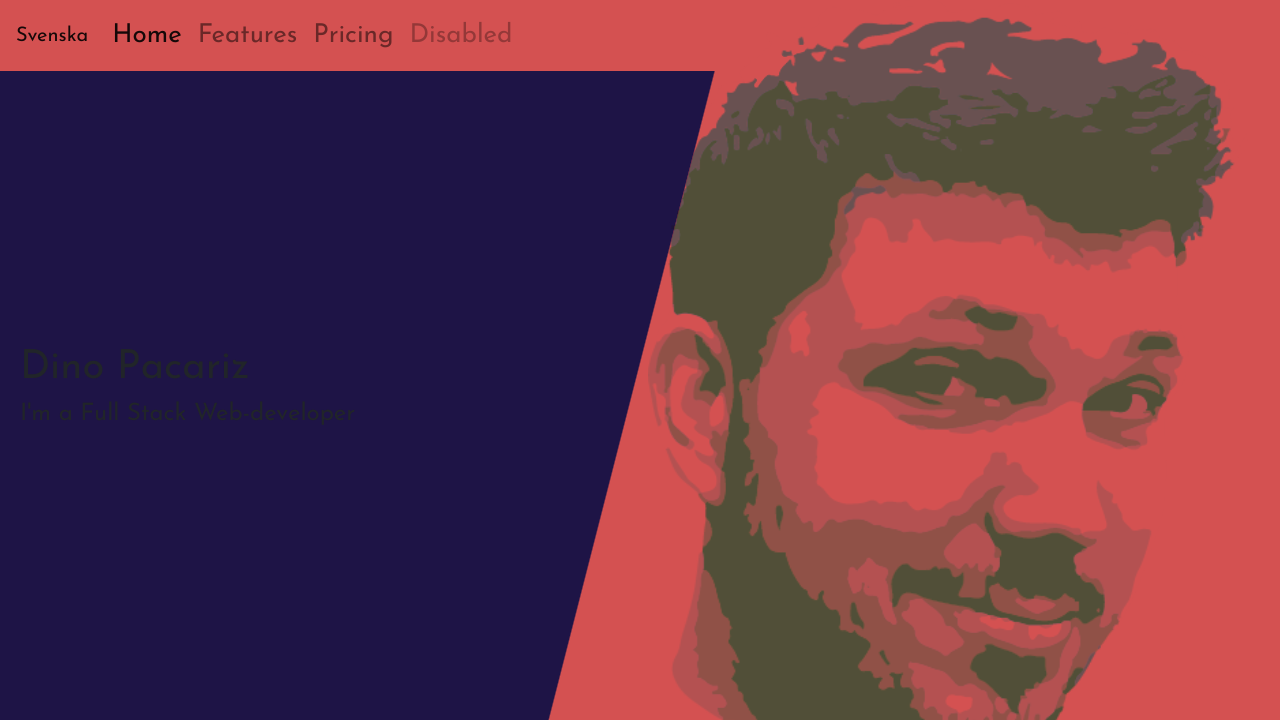
Repository: ImDino/Portfolio
Page: index.html
An editor plug-in stored every save of this project. The page is shown before and after the next save, followed by the edit.
The browser window is 1280 px wide. The pictures show the whole page.
Some web libraries are served in a nearby version. The style sheet was rebuilt from its Sass, Less or Tailwind sources for each picture, by a compiler version that may differ from the author's.

Above is the page before, as saved 2020-11-04 00:11:47.

### index.html
<!DOCTYPE html>
<html lang="en">
<head>
    <meta charset="UTF-8">
    <meta name="viewport" content="width=device-width, initial-scale=1.0">
    <link rel="stylesheet" href="https://cdn.jsdelivr.net/npm/bootstrap@4.5.3/dist/css/bootstrap.min.css" integrity="sha384-TX8t27EcRE3e/ihU7zmQxVncDAy5uIKz4rEkgIXeMed4M0jlfIDPvg6uqKI2xXr2" crossorigin="anonymous">
    <link href="https://fonts.googleapis.com/css2?family=Josefin+Sans&display=swap" rel="stylesheet">

    <script src="https://code.jquery.com/jquery-3.5.1.slim.min.js" integrity="sha384-DfXdz2htPH0lsSSs5nCTpuj/zy4C+OGpamoFVy38MVBnE+IbbVYUew+OrCXaRkfj" crossorigin="anonymous"></script>
    <script src="https://cdn.jsdelivr.net/npm/bootstrap@4.5.3/dist/js/bootstrap.bundle.min.js" integrity="sha384-ho+j7jyWK8fNQe+A12Hb8AhRq26LrZ/JpcUGGOn+Y7RsweNrtN/tE3MoK7ZeZDyx" crossorigin="anonymous"></script>
    <script src="https://cdnjs.cloudflare.com/ajax/libs/gsap/3.5.1/gsap.min.js"></script>
    <script src="/js/main.js"></script>


    <link rel="stylesheet" href="css/main.css">
    <title>Dino's Portfolio</title>
</head>
<body>
    <div id='pseudo-div'></div>
    <nav class="navbar navbar-expand-lg navbar-light bg-light">
        <!-- <a class="navbar-brand" href="#">Navbar</a> -->
        <a class="navbar-brand" id='lang' href="#">Svenska</a>
        <button class="navbar-toggler" type="button" data-toggle="collapse" data-target="#navbarNav" aria-controls="navbarNav" aria-expanded="false" aria-label="Toggle navigation">
          <span class="navbar-toggler-icon"></span>
        </button>
        <div class="collapse navbar-collapse" id="navbarNav">
          <ul class="navbar-nav">
            <li class="nav-item active">
              <a class="nav-link" href="#">Home <span class="sr-only">(current)</span></a>
            </li>
            <li class="nav-item">
              <a class="nav-link" href="#">Features</a>
            </li>
            <li class="nav-item">
              <a class="nav-link" href="#">Pricing</a>
            </li>
            <li class="nav-item">
              <a class="nav-link disabled" href="#" tabindex="-1" aria-disabled="true">Disabled</a>
            </li>
          </ul>
        </div>
    </nav>
    <div id='purple-div'>
        <h1>Dino Pacariz</h1>
        <h4>I'm a Full Stack Web-developer</h4>
    </div>
    <div id='face'>
        <img src="img/vectorFace.png" alt="">
    </div>
</body>
</html>

### js/main.js
document.addEventListener('DOMContentLoaded', () => {
    gsap.from("#purple-div", {duration: 1, x: -1000});
    gsap.from("#face", {duration: 1, opacity: 0});
    gsap.from("#face", {clearProps: 'all', duration: 1, x:100});
    TweenLite.from('#face', {y:20, ease:Linear.easeNone});

    // localStorage.clear()



    /*:::::::START:::::::::
    ::: Refresh Counter :::
    :::::::::::::::::::::*/

    if(localStorage.getItem('refreshCount') == null) {
        localStorage.setItem('refreshCount', 1);
    } else {
        let  localRefreshCount = localStorage.getItem('refreshCount')
        localRefreshCount++;
        localStorage.setItem('refreshCount', localRefreshCount);
    }
    if (parseInt(localStorage.getItem('refreshCount')) > 10) {
        localStorage.setItem('refreshCount', 1);
    }
    console.log('RefreshCount: '+localStorage.getItem('refreshCount'))


    /*::::::::END::::::::::
    ::: Refresh Counter :::
    :::::::::::::::::::::*/
})

### scss/main.scss


body {
    background-color: #D45151;
    font-family: 'Josefin Sans', sans-serif;
    font-style: normal;
    font-weight: normal;
    font-size: 26px;
}

#pseudo-div {
    width: 100%;
    background-color: red;
}

.navbar {
    background-color: #D45151 !important;
}

#purple-div {
    padding-top: 60px;
    position: absolute;
    top: 0;
    bottom: 0;
    left: 0;
    right: 0;
    z-index: -1;
    background: linear-gradient(104.35deg, #1E1446 50%, rgba(255, 255, 255, 0) 50.1%);
    display: grid;
    place-content: center left;

    h1, h4 {
        margin-left: 20px;
    }
}

#face {
    position: fixed;
    top: 0;
    bottom: 0;
    left: 0;
    right: 0;
    display: grid;

    mix-blend-mode: darken;

    img {
        margin-right: 2rem;
        width: 600px;
        justify-self: right;
        align-self: center;
    }
}



/* //TODO
1. Darkmode, ställa in särskilda färger IFALL man är i darkmode? UX baby.

*/

After the next save:
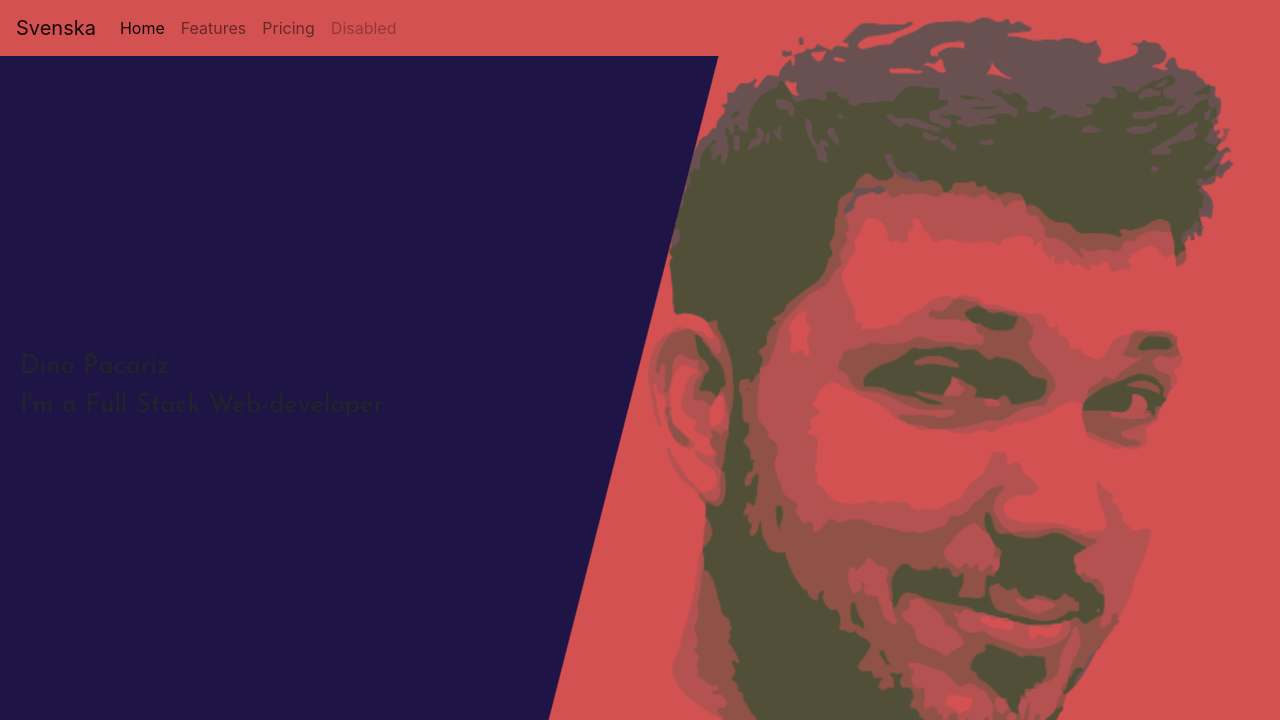
Saved 2 min 47 s later.
--- a/scss/main.scss
+++ b/scss/main.scss
@@ -2,10 +2,7 @@
 
 body {
     background-color: #D45151;
-    font-family: 'Josefin Sans', sans-serif;
-    font-style: normal;
-    font-weight: normal;
-    font-size: 26px;
+
 }
 
 #pseudo-div {
@@ -31,6 +28,10 @@ body {
 
     h1, h4 {
         margin-left: 20px;
+        font-family: 'Josefin Sans', sans-serif;
+        font-style: normal;
+        font-weight: normal;
+        font-size: 26px;
     }
 }
 
